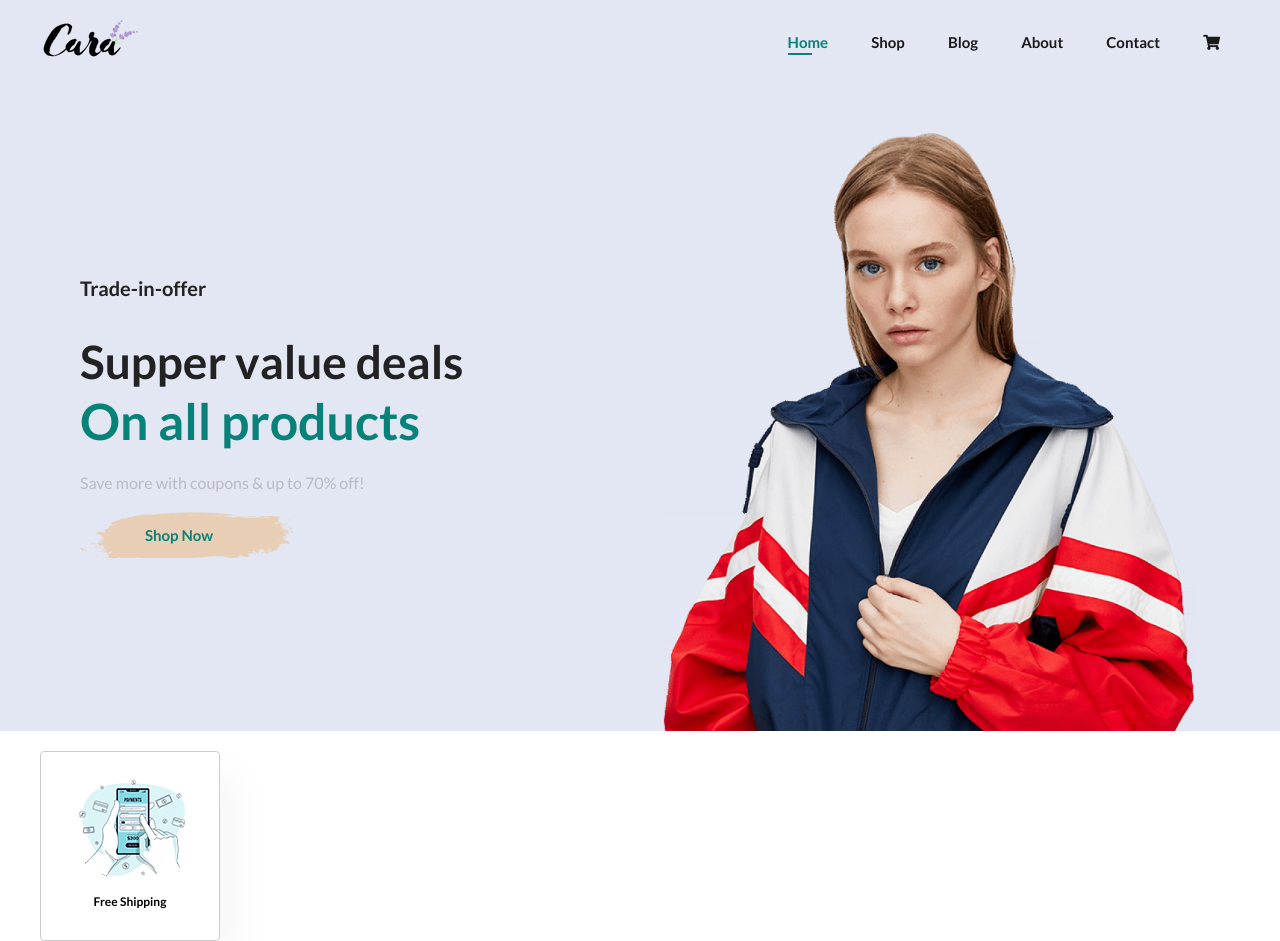
Repository: Nguyenductuan-dev/Website-Clothes
Page: index.html
These files come from the project's save history. The page is drawn as it stood at one moment and after the next save; the edit follows.
The browser window is 1280 px wide. The pictures show the whole page.

Above is the page before, as saved 2022-04-26 00:06:19.

### index.html
<!DOCTYPE html>
<html lang="en">
<head>
    <meta charset="UTF-8">
    <meta http-equiv="X-UA-Compatible" content="IE=edge">
    <meta name="viewport" content="width=device-width, initial-scale=1.0">
    <link rel="shortcut icon" href="assets/imgs/favicon.png" type="image/x-icon">
    <link rel="stylesheet" href="https://cdnjs.cloudflare.com/ajax/libs/font-awesome/5.15.1/css/all.min.css" />
    <link rel="preconnect" href="https://fonts.googleapis.com">
    <link rel="preconnect" href="https://fonts.gstatic.com" crossorigin>
    <link href="https://fonts.googleapis.com/css2?family=Lato:wght@400;700&family=Montserrat:ital,wght@0,200;0,300;0,400;0,500;0,600;0,700;1,600&display=swap" rel="stylesheet">
    <link rel="stylesheet" href="assets/css/style.css">
    <title>Website Clothes</title>
</head>
<body>
    <!-- ======================= HEADER ====================== -->
    <header class="header " id="header">
        <div class="header__container container">
            <a href="index.html" class="header__logo">
                <img src="assets/images/logo.png" alt="" class="header__logo-img">
            </a>

            <div class="navbar" id="navbar">
                <ul class="navbar__list">
                    <li class="navbar__item ">
                        <a href="index.html" class="navbar__link navbar__active">Home</a>
                    </li>
                    <li class="navbar__item">
                        <a href="shop.html" class="navbar__link">Shop</a>
                    </li>
                    <li class="navbar__item">
                        <a href="blog.html" class="navbar__link">Blog</a>
                    </li>
                    <li class="navbar__item">
                        <a href="about.html" class="navbar__link">About</a>
                    </li>
                    <li class="navbar__item">
                        <a href="contact.html" class="navbar__link">Contact</a>
                    </li>
                    <li class="navbar__item">
                        <a href="cart.html" class="navbar__link">
                            <i class="fas fa-shopping-cart"></i>
                        </a>
                    </li>
                </ul>
            </div>
        </div>
    </header>

    <!-- ======================= BANNER ====================== -->
    <section class="banner" id="banner">
        <div class="banner__container container">
            <h4>Trade-in-offer</h4>
            <h2>Supper value deals</h2>
            <h1>On all products</h1>
            <p>Save more with coupons & up to 70% off!</p>
            <button class="banner__btn">
                Shop Now
            </button>
        </div>
    </section>
    <section class="feature container" id="feature">
        <div class="feature__box">
            <img src="assets/images/features/f1.png" alt="" class="feature__img">
            <h6 class="feature__title">Free Shipping</h6>
        </div>
    </section>

    <!-- <script src="assets/js/main.js"></script> -->
</body>
</html>

### assets/css/style.css
* {
    margin: 0;
    padding: 0;
    box-sizing: border-box;
    font-family: 'Lato', sans-serif;
}
h1 {
    font-size: 50px;
    line-height: 64px;
    color: #222;
}
h2 {
    font-size: 46px;
    line-height: 54px;
    color: #222;
}

h4 {
    font-size: 20px;
    line-height: 64px;
    color: #222;
}
h6 {
    font-weight: 700;
    font-size: 12px;
}
p {
    font-size: 16px;
    color: #4444;
}
body {
    width: 100%;
}
.container {
    max-width: 1200px;
    margin: auto;
}
/* ================ HEADER =================== */
.header {
    background-color: #e3e6f3;
    box-shadow: 0 5px 15px rgba(0, 0, 0, .06);
    padding: 20px 0;
}
.header__container {
    max-width: 1200px;
    display: flex;
    justify-content: space-between;
    align-items: center;
    margin: auto;
}
.navbar {
    display: inline-block;
}
.navbar__item {
    display: inline-block;
    list-style: none;
    padding: 0 20px;
    position: relative;
}
.navbar__link {
    text-decoration: none;
    color: #1a1a1a;
    font-size: 15px;
    font-weight: 600;
    transition: .3s ease;

}
.navbar__link:hover,
.navbar__link.navbar__active {
    color: #088178;
}
.navbar__active::after,
.navbar__link:hover::after {
    content: '';
    width: 30%;
    height: 2px;
    background-color: #088178;
    position: absolute;
    bottom: -4px;
    left: 20px;
}
.scroll-header {
    position: fixed;
    top: 0;
    left: 0;
    width: 100%;
    padding: 10px 0;
    transition: .4s;
}
/* ================ BANNER =================== */
.banner {
    background-image: url('../images/hero4.png');
    width: 100%;
    background-position: top 25% right 0;
    background-size: cover;
    padding: 0 80px;
}
.banner__container {
    display: flex;
    height: 90vh;
    flex-direction: column;
    align-items: flex-start;
    justify-content: center;
}
.banner__container h4 {
    padding-bottom: 15px;
}
.banner__container h1 {
    color: #088178;
}
.banner__container p {
    padding: 20px 0;
}
.banner__container .banner__btn {
    background-image: url('../images/button.png');
    background-color: transparent;
    color: #088178;
    border: none;
    padding: 14px 80px 14px 65px;
    background-repeat: no-repeat;
    cursor: pointer;
    font-weight: 700;
    font-size: 15px;
}
/* ================ FEATURE =================== */
.feature {

}
.feature__box {
    width: 180px;
    box-shadow: 20px 20px 34px rgba(0, 0, 0, .03);
    border: 1px solid #ccc;
    text-align: center;
    padding: 25px 15px;
    border-radius: 4px;
    margin-top: 20px;
}
.feature__box:hover {
    box-shadow: 10px 10px 54px rgba(70, 62, 211, .1);
}
.feature__title {
    padding: 9px 8px 6px 8px;
}

After the next save:
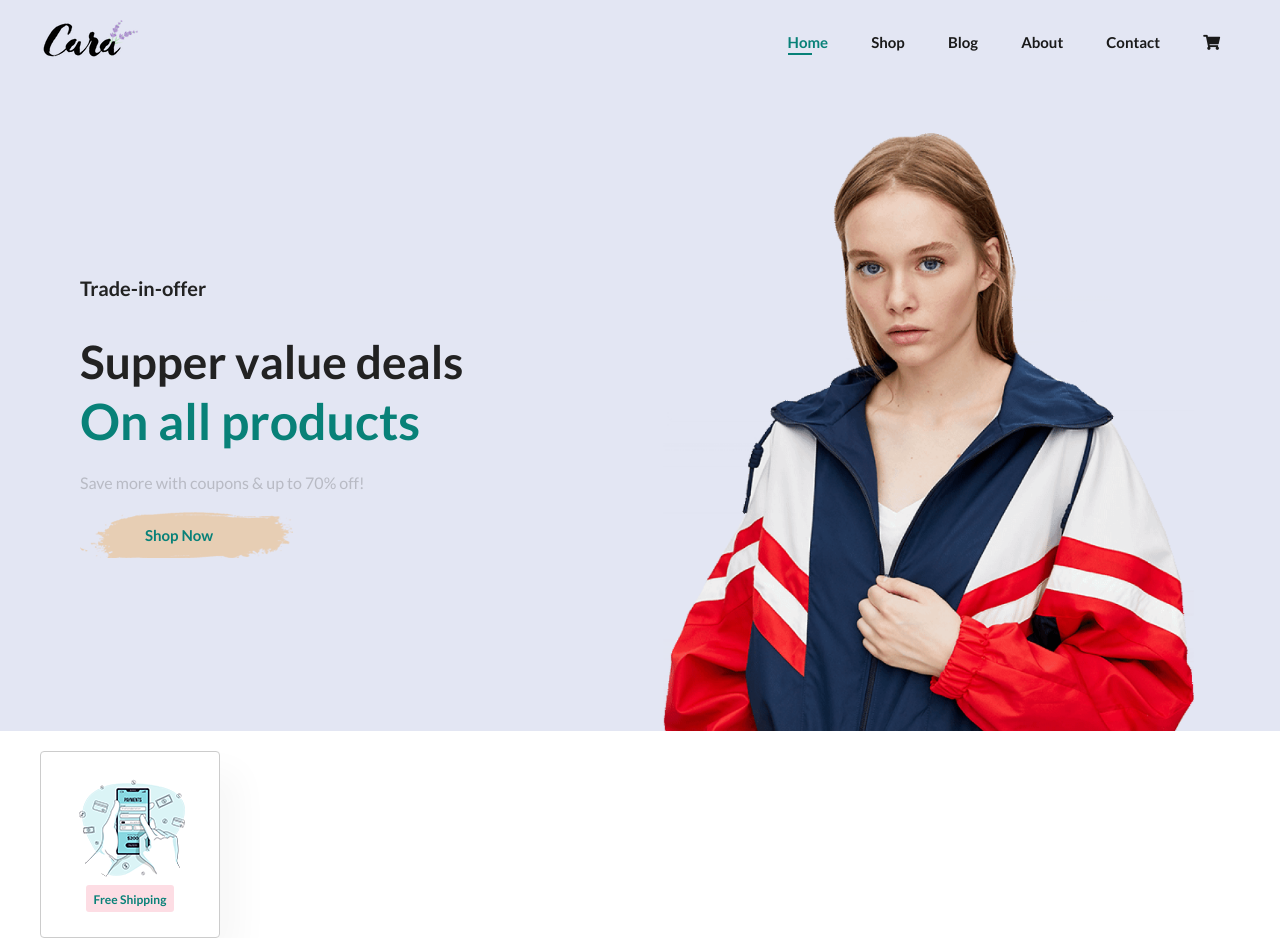
Saved 75 s later.
--- a/assets/css/style.css
+++ b/assets/css/style.css
@@ -140,4 +140,9 @@ body {
 }
 .feature__title {
     padding: 9px 8px 6px 8px;
+    line-height: 1;
+    border-radius: 3px;
+    color: #088178;
+    background-color: #fddde4;
+    display: inline-block;
 }
